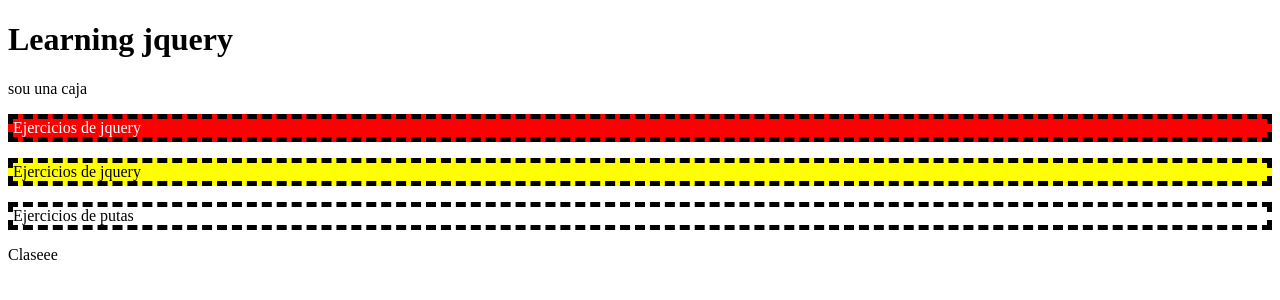
Repository: gitmadacode/practica_javascript
Page: Inicio/jquery/eventos.html
These files come from the project's save history. The page is drawn as it stood at one moment and after the next save; the edit follows.
The browser window is 1280 px wide. The pictures show the whole page.

Above is the page before, as saved 2019-09-13 20:26:58.

### Inicio/jquery/eventos.html
<!DOCTYPE html>
<html lang="en">
<head>
    <meta charset="UTF-8">
    <meta name="viewport" content="width=device-width, initial-scale=1.0">
    <meta http-equiv="X-UA-Compatible" content="ie=edge">
    <!--<script src="https://ajax.googleapis.com/ajax/libs/jquery/3.4.1/jquery.min.js"></script>--->
    <script type="text/javascript" src="../js/jquery.min.js"></script>
    <script type="text/javascript" src="../js/selectores.js"></script>
    <style>
    #caja{
        width: 250px;
    }


    </style>
    <title>jquery</title>
    <h1>Learning jquery</h1>
    <div id="caja">
        sou una caja
    </div>
    <p id="rojo" class="zebra">Ejercicios de jquery</p>
    <p id="amarillo" class="zebra">Ejercicios de jquery</p>
    <p class="zebra">Ejercicios de putas</p>
    <p>Claseee</p>
</head>
<body>

</body>
</html>

### Inicio/js/selectores.js
//Un ID es un identificador unico , para muchos usamos Class

$(document).ready(function(){
    //Selector ID
    var rojo = $("#rojo").css("background","red")
                         .css("color","white");

    var amarillo = $("#amarillo").css("background","yellow");

    //Selector de clase

    var mi_clase = $('.zebra');
    mi_clase.css("border","5px dashed black");

    $('.sin_borde').click(function(){
        console.log("click dado");
        $(this).addClass('zebra');
    });

    //Selectores de etiqueta

    var parrafos = $('p');

    parrafos.click(function(){
    $(this).removeClass("zebra");
    });

    console.log(rojo);

    //Selectores de atributo
    $('[title=Google]').css('background','blue');

});

### Inicio/js/eventos.js
//Eventos del raton

var boton = document.querySelector("#boton");

Loaded but not shown: Inicio/js/jquery.min.js (library)

After the next save:
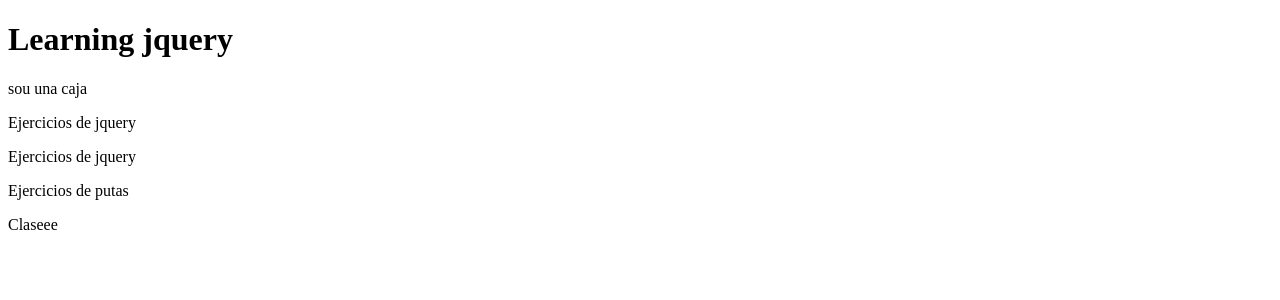
Saved 19 s later.
--- a/Inicio/jquery/eventos.html
+++ b/Inicio/jquery/eventos.html
@@ -6,7 +6,7 @@
     <meta http-equiv="X-UA-Compatible" content="ie=edge">
     <!--<script src="https://ajax.googleapis.com/ajax/libs/jquery/3.4.1/jquery.min.js"></script>--->
     <script type="text/javascript" src="../js/jquery.min.js"></script>
-    <script type="text/javascript" src="../js/selectores.js"></script>
+    <script type="text/javascript" src="../js/eventos.js"></script>
     <style>
     #caja{
         width: 250px;
